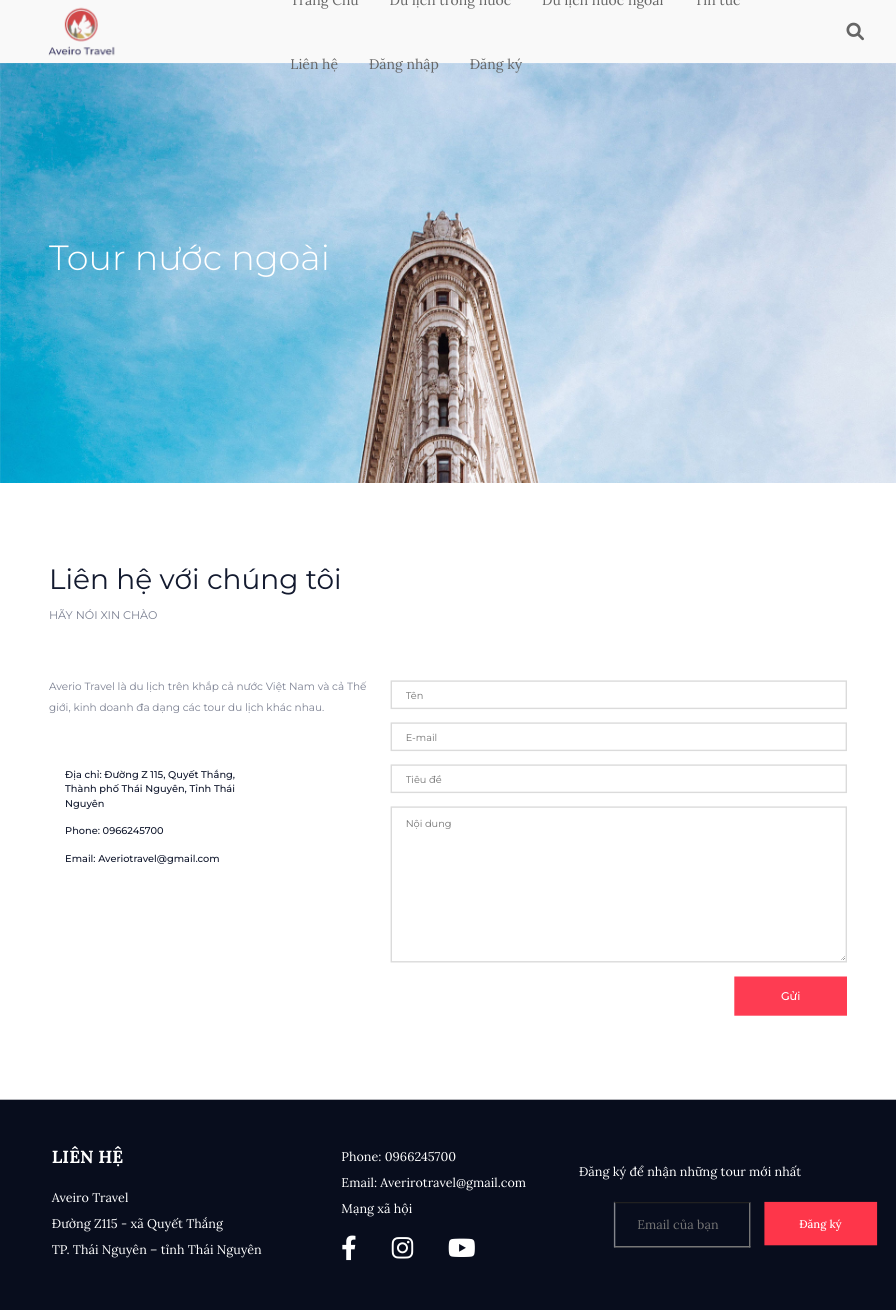
Repository: tuan842001/demotest
Page: /contact
These files come from the project's save history. The page is drawn as it stood at one moment and after the next save; the edit follows.
The browser window is 1280 px wide. The pictures show the whole page, at 70% of full size.
The project was rebuilt for these pictures with package versions that can differ from the ones it lists, and the page was loaded fresh each time. Also part of the build but not shown: src/components/header/HeaderHome.jsx, src/components/top/top.css, src/components/post/post.css, src/components/post/Post.jsx, src/components/intourPost/intourPost.css, src/components/intourPost/IntourPost.jsx, src/components/posts/posts.css, src/components/posts/Posts.jsx and 20 more.

Above is the page before, as saved 2021-10-16 20:35:25.

### public/index.html
<!DOCTYPE html>
<html lang="en">
  <head>
    <meta charset="utf-8" />
    <link rel="icon" href="%PUBLIC_URL%/favicon.ico" />
    <meta name="viewport" content="width=device-width, initial-scale=1" />
    <meta name="theme-color" content="#000000" />
    <meta name="description" content="Web site created using create-react-app"/>
    <link href="https://fonts.googleapis.com/css2?family=Lora:wght@400;500;600;700&display=swap" rel="stylesheet">
    <link rel="stylesheet" href="https://cdnjs.cloudflare.com/ajax/libs/font-awesome/6.0.0-beta2/css/all.min.css" integrity="sha512-YWzhKL2whUzgiheMoBFwW8CKV4qpHQAEuvilg9FAn5VJUDwKZZxkJNuGM4XkWuk94WCrrwslk8yWNGmY1EduTA==" crossorigin="anonymous" referrerpolicy="no-referrer" />
    <link href="https://fonts.googleapis.com/css2?family=Lora:ital,wght@1,700&family=Montserrat:wght@200&display=swap" rel="stylesheet">
    <link href="https://fonts.googleapis.com/css2?family=Montserrat:wght@400;500;600;700;800;900&display=swap" rel="stylesheet">
	  <Link rel="stylesheet" href="./assets/styles/bootstrap4/popper.js">
	  <Link rel="stylesheet" href="./assets/styles/bootstrap4/bootstrap.min.js">
	  <Link rel="stylesheet" href="./assets/styles/bootstrap4/bootstrap.min.css">
	  <Link rel="stylesheet" href="./assets/styles/plugins/OwlCarousel2-2.2.1/owl.carousel.css">
	  <Link rel="stylesheet" href="./assets/styles/main_styles.css">
      <!--  -->
      <link rel="stylesheet"  href="./assets/styles/bootstrap4/bootstrap.min.css">
      <Link rel="stylesheet"  href="./assets/styles/js/jquery-3.2.1.min.js">
      <Link rel="stylesheet"  href="./assets/styles/bootstrap4/popper.js">
      <Link rel="stylesheet"  href="./assets/styles/bootstrap4/bootstrap.min.js">
      <Link rel="stylesheet"  href="./assets/plugins/OwlCarousel2-2.2.1/owl.carousel.js">
      <Link rel="stylesheet"  href="./assets/plugins/easing/easing.js">
      <Link rel="stylesheet"  href="./assets/plugins/parallax-js-master/parallax.min.js">
      <Link rel="stylesheet"  href="./assets/plugins/magnific-popup/jquery.magnific-popup.min.js">
      <Link rel="stylesheet"  href="./assets/styles/js/custom.js">
      <!--  -->
      <link
      rel="stylesheet"
      href="https://unpkg.com/swiper/swiper-bundle.min.css"
    />
    <title>Aveiro Travel</title>
  </head>
  <body>
    <noscript>You need to enable JavaScript to run this app.</noscript>
    <div id="root"></div>
  </body>
</html>

### src/pages/contact/Contact.jsx
import HeaderOuttour from "../../components/header/HeaderOuttour";
import Bottombar from "../../components/bottombar/Bottombar";
import "./contact.css";

export default function Contact() {
  return (
    <>
      <HeaderOuttour />
      <div className="contact">
        <div className="container">
          <div className="row">
            <div className="col">
              <div className="contactTitle">Liên hệ với chúng tôi</div>
              <div className="contactSubtitle">Hãy nói xin chào</div>
            </div>
          </div>
          <div className="row contactContent">
            <div className="col-lg-5">
              <div className="contactText">
                <p>
                  Averio Travel là du lịch trên khắp cả nước Việt Nam và cả Thế
                  giới, kinh doanh đa dạng các tour du lịch khác nhau.
                </p>
              </div>
              <div className="contactInfo">
                <div className="contactInfoContainer">
                  <ul>
                    <li>
                      Địa chỉ: Đường Z 115, Quyết Thắng, Thành phố Thái Nguyên,
                      Tỉnh Thái Nguyên
                    </li>
                    <li>Phone: 0966245700</li>
                    <li>Email: Averiotravel@gmail.com</li>
                  </ul>
                </div>
              </div>
            </div>
            <div className="col-lg-7">
              <div className="contactFormContainer">
                <form action="#" id="contact_form" class="clearfix">
                  <input
                    id="contact_input_name"
                    class="contact_input contact_input_name"
                    type="text"
                    placeholder="Tên"
                    required="required"
                    data-error="Name is required."
                  />
                  <input
                    id="contact_input_email"
                    class="contact_input contact_input_email"
                    type="text"
                    placeholder="E-mail"
                    required="required"
                    data-error="E-mail is required."
                  />
                  <input
                    id="contact_input_subject"
                    class="contact_input contact_input_subject"
                    type="text"
                    placeholder="Tiêu đề"
                  />
                  <textarea
                    id="contact_input_message"
                    class="contact_message_input contact_input_message"
                    name="message"
                    placeholder="Nội dung"
                    required="required"
                    data-error="Please, write us a message."
                  ></textarea>
                  <button
                    id="contact_send_btn"
                    type="submit"
                    class="contact_send_btn trans_200"
                    value="Submit"
                  >
                    Gửi
                  </button>
                </form>
              </div>
            </div>
          </div>
        </div>
      </div>
      <Bottombar />
    </>
  );
}

### src/components/topbar/TopBar.jsx
import { Link } from "react-router-dom";
import React from "react";
import "./topbar.css";

export default function TopBar() {
  const user = false;
  return (
    <div className="top">
      <div className="topLeft">
        <img
          className="topImg"
          src="./assets/images/logoAveiroTravel.png"
          alt=""
        />
      </div>
      <div className="topCenter">
        <ul className="topList">
          <li className="topListItem">
            <Link
              style={{
                textDecoration: "none",
                color: "inherit",
                fontsize: "20px",
              }}
              to="/"
            >
              Trang Chủ
            </Link>
          </li>
          <li className="topListItem">
            <Link
              style={{
                textDecoration: "none",
                color: "inherit",
                fontsize: "20px",
              }}
              to="/intour"
            >
              Du lịch trong nước
            </Link>
          </li>
          <li className="topListItem">
            <Link
              style={{
                textDecoration: "none",
                color: "inherit",
                fontsize: "20px",
              }}
              to="/outtour"
            >
              Du lịch nước ngoài
            </Link>
          </li>
          <li className="topListItem">
            <Link
              style={{
                textDecoration: "none",
                color: "inherit",
                fontsize: "20px",
              }}
              to="/news"
            >
              Tin tức
            </Link>
          </li>
          <li className="topListItem">
            <Link
              style={{
                textDecoration: "none",
                color: "inherit",
                fontsize: "20px",
              }}
              to="/contact"
            >
              Liên hệ
            </Link>
          </li>
          <li className="topListItem">
            <Link
              style={{
                textDecoration: "none",
                color: "inherit",
                fontsize: "20px",
              }}
              to="/login"
            >
              Đăng nhập
            </Link>
          </li>
          <li className="topListItem">
            <Link
              style={{
                textDecoration: "none",
                color: "inherit",
                fontsize: "20px",
              }}
              to="/register"
            >
              Đăng ký
            </Link>
          </li>
        </ul>
      </div>
      <div className="topRight">
        <i className="topSearchIcon fas fa-search"></i>
      </div>
    </div>
  );
}

### src/components/bottombar/Bottombar.jsx
import "./bottombar.css";

export default function Bottombar() {
  return (
    <div className="bottombar">
      <div className="bottomLeft">
        <span className="bottomTitle">LIÊN HỆ</span>
        <span className="bottomText">Aveiro Travel</span>
        <span className="bottomText">Đường Z115 - xã Quyết Thắng</span>
        <span className="bottomText">TP. Thái Nguyên – tỉnh Thái Nguyên</span>
      </div>
      <div className="bottomCenter">
        <span className="bottomText">Phone: 0966245700</span>
        <span className="bottomText">Email: Averirotravel@gmail.com</span>
        <span className="bottomText">
          Mạng xã hội <i></i>
        </span>
        <div className="bottomItem">
          <i className="bottomIcon fab fa-facebook-f"></i>
          <i className="bottomIcon fab fa-instagram"></i>
          <i className="bottomIcon fab fa-youtube"></i>
        </div>
      </div>
      <div className="bottomRight">
        <span className="bottomText">Đăng ký để nhận những tour mới nhất</span>
        <div className="bottomSubscribe">
          <input
            type="email"
            id="bottom_input"
            className="bottom_input"
            placeholder="Email của bạn"
          />
          <button type="submit" id="bottom_button" class="bottom_button">
            Đăng ký
          </button>
        </div>
      </div>
    </div>
  );
}

### src/app.css
*{
    margin: 0;
    padding: 0;
    -webkit-font-smoothing: antialiased;
    -webkit-text-shadow: rgba(0,0,0,.01) 0 0 1px;
    text-shadow: rgb(0 0 0 / 1%) 0 0 1px;
}
body{
    font-family: 'Montserrat', sans-serif;
    font-size: 14px;
    font-weight: 400;
    background: #FFFFFF;
    color: #131a2f;
}
ul{
    list-style: none;
    margin-bottom: 0px;
    padding-left: 0rem !important;
}
a{
    display: block;
    font-size: 16px;
    font-weight: 500;
    line-height: 56px;
    text-decoration: none;
    background-color: transparent;
}

.sectionTitle{
    padding-top: 30px;
    line-height: 1.1;
    font-size: 40px;
    font-weight: 300;
    text-align: center!important;

}
.sectionTitle div {
    font-size: 16px;
    font-weight: 600;
    color: #7d8293;
    text-transform: uppercase;
    margin-top: 19px;
}
img{
    vertical-align: middle;
    border-style: none;
}
/* div{
    display: block;
    position: relative;
    -webkit-box-sizing: border-box;
    -moz-box-sizing: border-box;
    box-sizing: border-box;
} */


.dropdown-content {
    display: none;
    position: absolute;
    right: 0;
    top: 100%;
    margin: 0;
    width: 100%;
    background: #FFFFFF;

    z-index: 1;
    box-shadow: 0 15px 25px rgb(63 78 100 / 15%);
}

.dropdown:hover .dropdown-content {
    display: block;
}
.btn-primary {
    color: #fff;
    background-color: #fe435b;
    border-color: #fe435b;
    font-weight: 500;
}

### src/components/header/HeaderOuttour.jsx
import "./header.css";

export default function HeaderOuttour() {
  return (
    <div>
      <div className="headerIntour">
        <div className="headerIntourBackground">
          <img src="./assets/images/news.jpg" alt="" />
        </div>
        <div class="container">
          <div class="row">
            <div class="col">
              <div class="header_content">
                <div class="header_content_inner">
                  <div class="header_title">Tour nước ngoài</div>
                  <div class="header_breadcrumbs">
                    <ul class="header_breadcrumbs_list">
                      <li class="header_breadcrumb"></li>
                    </ul>
                  </div>
                </div>
              </div>
            </div>
          </div>
        </div>
      </div>
    </div>
  );
}

### src/pages/contact/contact.css
.contact {
    padding-top: 107px;
    padding-bottom: 120px;
}
.contactTitle {
    font-size: 40px;
    font-weight: 400;
    color: #131a2f;
}
.contactSubtitle {
    font-size: 16px;
    text-transform: uppercase;
    color: #7d8293;
    margin-top: 10px;
}


.contactContent {
    margin-top: 74px;
}
.contactInfo {
    margin-top: 75px;
}
.contactText p {
    font-size: 15px;
    line-height: 2;
    font-weight: 400;
    color: #7d8293;
    -webkit-font-smoothing: antialiased;
    -webkit-text-shadow: rgba(0,0,0,.01) 0 0 1px;
    text-shadow: rgb(0 0 0 / 1%) 0 0 1px;
}
.contactInfoContainer {
    display: inline-block;
    vertical-align: top;
    margin-top: -4px;
    padding-left: 23px;
    max-width: 310px;
}
.contactInfoContainer ul li {
    font-size: 14px;
    color: #131a2f;
    font-weight: 500;
    margin-bottom: 18px;
}


.contactFormContainer {
    width: 100%;
    margin-top: 7px;
}
.contact_form_container {
    width: 100%;
    margin-top: 7px;
}
.contact_input {
    width: 100%;
    height: 41px;
    border: solid 2px #dbdbdb;
    padding-left: 20px;
    margin-bottom: 19px;
    outline: none;
}
.contact_input_message {
    width: 100%;
    height: 223px;
    border: solid 2px #dbdbdb;
    outline: none;
    padding-top: 13px;
    padding-left: 20px;
}
.contact_send_btn {
    width: 161px;
    height: 56px;
    background: rgba(254,60,82,1);
    border: none;
    outline: none;
    float: right;
    color: #FFFFFF;
    font-size: 16px;
    font-weight: 500;
    cursor: pointer;
    margin-top: 14px;
}

### src/components/topbar/topbar.css
.top{
    width: 100%;
    height: 90px;
    background-color: #f9f9f9;
    position: sticky;
    top: 0;
    display: flex;
    align-items: center;
    font-family: 'Lora', serif;
    color: #666;
    z-index: 999;
}

.topLeft{
    flex: 2;
    display: flex;
    align-items: center;
    justify-content: center;
}
.topCenter{
    flex: 8;
}
.topCenter ul{
    padding-left: 10rem !important;
}
.topRight{
    flex: 1;
    display: inline-flex;
    height: 100%;
}
.topImg{
    width: 140px;
    height: 90px;
    object-fit: cover;
}
.topList{
    height: 100%;
}
.topListItem{
    display: inline-block;
    position: relative;
    padding-top: 2px;
}
.topListItem a {
    display: block;
    font-size: 20px;
    font-weight: 400;
    line-height: 90px;
    padding-left: 22px;
    padding-right: 22px;
}
.topSearchIcon{
    font-size: 25px;
    width: 100%;
    color: #666;
    text-align: center;
    margin-left: auto;
    margin-right: auto;
    line-height: 90px;
    cursor: pointer;
}
.topListItem.active::after {
    display: block;
    position: absolute;
    bottom: 1px;
    left: 0;
    width: 100%;
    height: 3px;
    background: #fe435b;
    content: '';
}

### src/components/bottombar/bottombar.css
.bottombar{
    width: 100%;
    height: 300px;
    background-color: #080d1d;
    display: flex;
    align-items: center;
    font-family: 'Lora', serif;
    color: #fff;
    font-size: 18px;
    position: absolute;
}
.bottomLeft, .bottomCenter {
    flex: 3;
    display: flex;
    flex-direction: column;
    justify-content: center;
    margin-left: 74px;
}

.bottomRight{
    flex: 4;
    display: flex;
    flex-direction: column;
    justify-content: center;
}
.bottomTitle{
    font-size: 25px;
    font-weight: 700;
    margin-bottom: 25px;
}
.bottomText{
    margin-bottom: 10px;
}
.bottomIcon{
    font-size: 35px;
    margin-top: 15px;
    margin-right: 50px;
    cursor: pointer;
}
.bottomSubscribe{
    display: flex;
    margin-top: 20px;
}
.bottomSubscribe div{
    border: solid 2px rgba(255,255,255,0.5);
    border-radius: 10px;
}
.sm {
    position: absolute;
    top: 0;
    right: 90%;
    z-index: 1;
    height: 100%;
    width: 50px;
    border: none;
    background: 0 0;
    border: 2px solid rgba(255,255,255,0.5);
    border-radius: 10px 0px 0px 10px;

}
.bottomSubscribe i{
    font-size: 30px;
    cursor: pointer;
    position: absolute;
    top: 50%;
    padding-left: 5px;
    transform: translateY(-50%);
    z-index: 1;
    pointer-events: none;
}
.bottom_input{
    width: calc(65% - 100px);
    height: 65px;
    border-left: solid 2px rgba(255,255,255,0.5);
    outline: none;
    background: transparent;
    padding-left: 31px;
    color: #FFFFFF;
    margin-left: 50px;
}
.bottom_button{
    width: 161px;
    height: 62px;
    vertical-align: top;
    cursor: pointer;
    border: none;
    outline: none;
    background: #fe364a;
    color: #FFFFFF;
    font-size: 16px;
    margin-left: 20px;
    font-weight: 500;
    -webkit-transition: all 200ms ease;
    -moz-transition: all 200ms ease;
    -ms-transition: all 200ms ease;
    -o-transition: all 200ms ease;
    transition: all 200ms ease;
}

### src/components/header/header.css
.header{
    width: 100%;
    height: 100vh;
    font-family: 'Montserrat', sans-serif;
}
.headerBackground, .headerBackground img{
    position: absolute;
    top: 0;
    left: 0;
    width: 100%;
    height: 100%;
    background-repeat: no-repeat;
    background-size: cover;
    background-position: center center;
}
.headerContent{
    position: absolute;
    top: 25%;
    left: 50%;
    -webkit-transform: translateX(-50%);
    -moz-transform: translateX(-50%);
    -ms-transform: translateX(-50%);
    -o-transform: translateX(-50%);
    transform: translateX(-50%);
    width: 80%;
    text-align: center;
}
.headerTitleSm{
    position: absolute;
    top: 50%;
    left: 48%;
    -webkit-transform: translate(-50%, -50%);
    -moz-transform: translate(-50%, -50%);
    -ms-transform: translate(-50%, -50%);
    -o-transform: translate(-50%, -50%);
    transform: translate(-50%, -50%);
    width: 100%;
    font-size: 72px;
    font-weight: 400;
    color: #FFFFFF;
    text-shadow: 0px 11px 51px rgb(0 0 0 / 35%);

}
.headerTitleLg{
    font-size: 220px;
    font-weight: 900;
    color: #fdaa27;
    opacity: 0.35;
    text-transform: uppercase;
    line-height: 0.75;
}

/* Header Intour */
.headerIntour{
    width: 100%;
    height: 600px;
}
.headerIntourBackground, .headerIntourBackground img{
    position: absolute;
    top: 0;
    left: 0;
    width: 100%;
    height: 100%;
    background-repeat: no-repeat;
    background-size: cover;
    background-position: center center;
}
.header_content {
    width: 100%;
    height: 601px;
}
.header_content_inner {
    position: absolute;
    top: 40%;
    left: 0;
    width: 100%;
    text-align: left;
}
.header_title {
    font-size: 50px;
    font-weight: 300;
    color: #FFFFFF;
}
.header_breadcrumbs {
    margin-top: -6px;
}

Loaded but not shown: src/index.js (common file); public/assets/styles/bootstrap4/popper.js (library); public/assets/styles/bootstrap4/bootstrap.min.js (library); public/assets/styles/bootstrap4/bootstrap.min.css (library); public/assets/styles/plugins/OwlCarousel2-2.2.1/owl.carousel.css (library); public/assets/styles/js/jquery-3.2.1.min.js (library); public/assets/styles/plugins/OwlCarousel2-2.2.1/owl.carousel.js (library); public/assets/styles/plugins/easing/easing.js (library); public/assets/styles/plugins/parallax-js-master/parallax.min.js (library); public/assets/styles/plugins/magnific-popup/jquery.magnific-popup.min.js (library); public/assets/styles/js/custom.js (219 lines, source omitted); src/App.js (51 lines, source omitted); public/assets/styles/main_styles.css (1627 lines, source omitted); src/pages/outtour/test.css (1543 lines, source omitted); src/pages/intour/intour.css (no stored copy; drawn as an empty file)

After the next save:
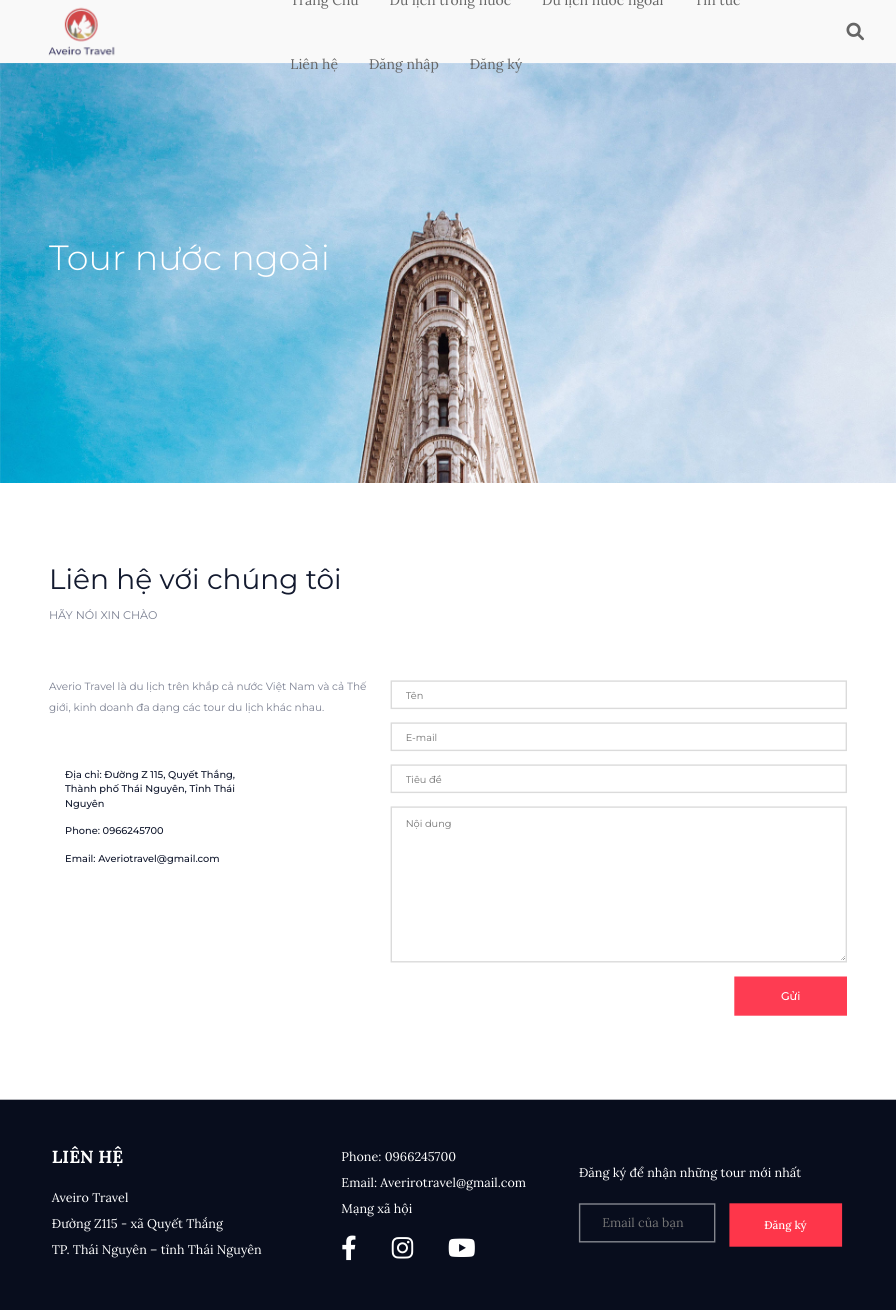
Saved 18 s later.
--- a/src/components/bottombar/bottombar.css
+++ b/src/components/bottombar/bottombar.css
@@ -41,42 +41,14 @@
     display: flex;
     margin-top: 20px;
 }
-.bottomSubscribe div{
-    border: solid 2px rgba(255,255,255,0.5);
-    border-radius: 10px;
-}
-.sm {
-    position: absolute;
-    top: 0;
-    right: 90%;
-    z-index: 1;
-    height: 100%;
-    width: 50px;
-    border: none;
-    background: 0 0;
-    border: 2px solid rgba(255,255,255,0.5);
-    border-radius: 10px 0px 0px 10px;
-
-}
-.bottomSubscribe i{
-    font-size: 30px;
-    cursor: pointer;
-    position: absolute;
-    top: 50%;
-    padding-left: 5px;
-    transform: translateY(-50%);
-    z-index: 1;
-    pointer-events: none;
-}
 .bottom_input{
     width: calc(65% - 100px);
-    height: 65px;
-    border-left: solid 2px rgba(255,255,255,0.5);
+    height: 56px;
+    border: solid 2px rgba(255,255,255,0.5);
     outline: none;
     background: transparent;
     padding-left: 31px;
     color: #FFFFFF;
-    margin-left: 50px;
 }
 .bottom_button{
     width: 161px;
